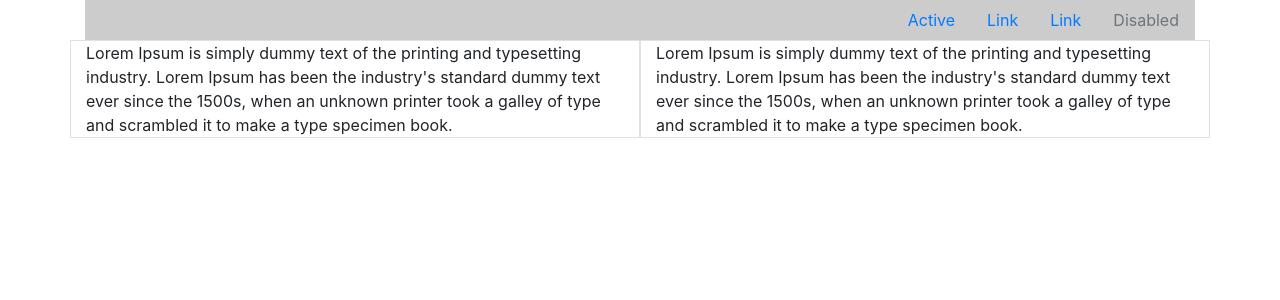
Repository: Green-Technologies-Angular/HTML
Page: index.html
These files come from the project's save history. The page is drawn as it stood at one moment and after the next save; the edit follows.
The browser window is 1280 px wide. The pictures show the whole page.

Above is the page before, as saved 2019-01-31 10:01:51.

### index.html
<!DOCTYPE html>
<html>

<head>
    <title>Title of the document</title>
    <link rel="stylesheet" href="css/bootstrap.css">
    <link rel="stylesheet" href="css/index.css">
    <style>
        .border {
            border: 1px solid #ccc;
        }
        .bg-nav{
            background: green;
        }
    </style>
    <script>
        localStorage.setItem("name", "tamilsdfsdfsdfsdfmani");
        console.log(localStorage.getItem('name'));
    </script>
</head>

<body>
    <div class="container">
        <ul class="nav justify-content-end bg-nav" style="background: #ccc;">
            <li class="nav-item">
                <a class="nav-link active" href="#">Active</a>
            </li>
            <li class="nav-item">
                <a class="nav-link" href="#">Link</a>
            </li>
            <li class="nav-item">
                <a class="nav-link" href="#">Link</a>
            </li>
            <li class="nav-item">
                <a class="nav-link disabled" href="#" tabindex="-1" aria-disabled="true">Disabled</a>
            </li>
        </ul>
        <div class="row">
            <div class="col-xl-6 col-lg-6 col-md-6 col-sm-6 border">
                Lorem Ipsum is simply dummy text of the printing and typesetting industry. Lorem Ipsum has been the
                industry's standard dummy text ever since the 1500s, when an unknown printer took a galley of type and
                scrambled it to make a type specimen book.
            </div>
            <div class="col-xl-6 col-lg-6 col-md-6 col-sm-6 border">
                Lorem Ipsum is simply dummy text of the printing and typesetting industry. Lorem Ipsum has been the
                industry's standard dummy text ever since the 1500s, when an unknown printer took a galley of type and
                scrambled it to make a type specimen book.
            </div>
        </div>
    </div>
    <script src="script/jquery.js"></script>
    <script src="script/popper.js"></script>
    <script src="script/bootstrap.js"></script>
</body>

</html>

### css/index.css
.bg-nav{
    background: red;
}

Loaded but not shown: css/bootstrap.css (library); script/jquery.js (library); script/popper.js (library); script/bootstrap.js (library)

After the next save:
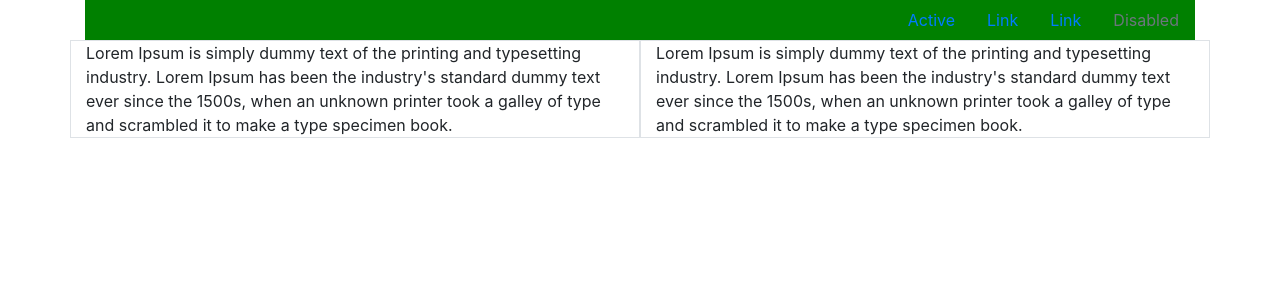
Saved 42 s later.
--- a/index.html
+++ b/index.html
@@ -21,7 +21,7 @@
 
 <body>
     <div class="container">
-        <ul class="nav justify-content-end bg-nav" style="background: #ccc;">
+        <ul class="nav justify-content-end bg-nav">
             <li class="nav-item">
                 <a class="nav-link active" href="#">Active</a>
             </li>

After the save that followed:
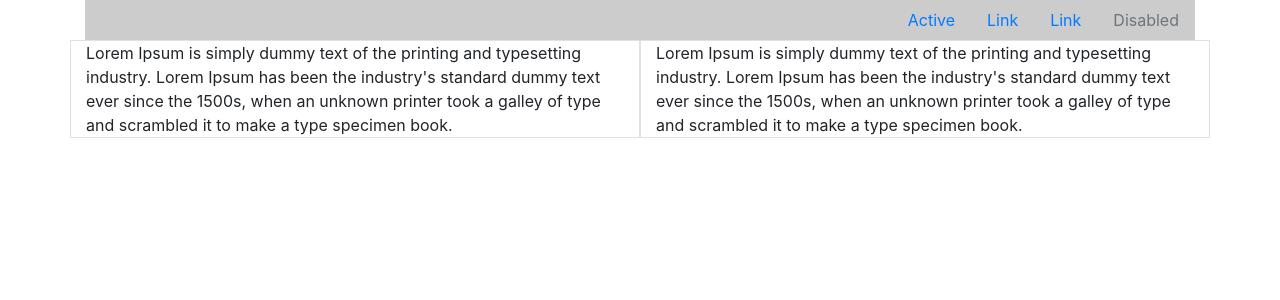
Saved 2 min 5 s later.
--- a/index.html
+++ b/index.html
@@ -21,7 +21,7 @@
 
 <body>
     <div class="container">
-        <ul class="nav justify-content-end bg-nav">
+        <ul class="nav justify-content-end bg-nav" style="background: #ccc;">
             <li class="nav-item">
                 <a class="nav-link active" href="#">Active</a>
             </li>
